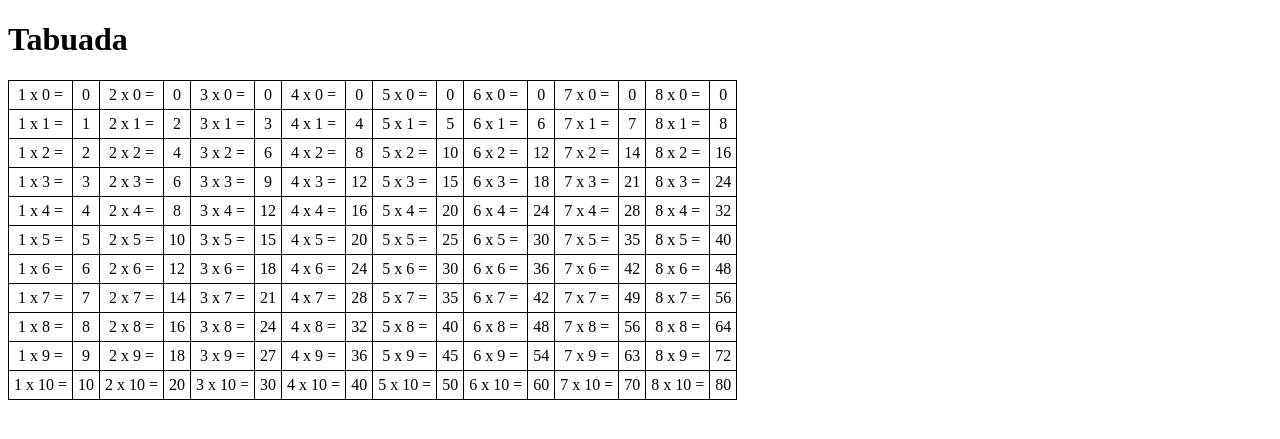
Repository: JulioCesarSF/Java
Page: http://localhost/Exercicio_02-JSPs/tabuada.jsp
The author's editor kept a copy of each file at every save. The page is drawn from the files as they stood at one save, then again after the next save.
The browser window is 1280 px wide. The pictures show the whole page.
The page is served by Tomcat 9. Other server files are loaded and not shown.

Above is the page before, as saved 2016-08-17 18:28:56.

### ProjetosFaculdade/Thiago/Exercicio_02-JSPs/WebContent/tabuada.jsp
<%@page import="org.apache.jasper.tagplugins.jstl.core.Out"%>
<%@ page language="java" contentType="text/html; charset=ISO-8859-1"
	pageEncoding="ISO-8859-1"%>
<!DOCTYPE html PUBLIC "-//W3C//DTD HTML 4.01 Transitional//EN" "http://www.w3.org/TR/html4/loose.dtd">
<html>
<head>
<meta http-equiv="Content-Type" content="text/html; charset=ISO-8859-1">
<title>Tabuada</title>
<link rel="" type="">
<link rel="stylesheet" type="text/css" href="estilo.css">
</head>
<body>
	<div>
		<h1>Tabuada</h1>
	</div>

	<table>
		<!-- 1 -->
		<%
			int n = 1;
			for (int i = 0; i < 11; i++) {
				System.out.println(n + " x " + i + " = " + (n*i));
		%>

		<tr>
			<td><%=n%> x <%=i%> =</td>
			<td><%=n*i%>

			<% n++; %>
			<td><%=n%> x <%=i%> =</td>
			<td><%=n*i%>

			<% n++; %>
			<td><%=n%> x <%=i%> =</td>
			<td><%=n*i%>

			<% n++; %>
			<td><%=n%> x <%=i%> =</td>
			<td><%=n*i%>

			<% n++; %>
			<td><%=n%> x <%=i%> =</td>
			<td><%=n*i%>

			<% n++; %>
			<td><%=n%> x <%=i%> =</td>
			<td><%=n*i%>

			<% n++; %>
			<td><%=n%> x <%=i%> =</td>
			<td><%=n*i%>

			<% n++; %>
			<td><%=n%> x <%=i%> =</td>
			<td><%=n*i%>

		</tr>

		<%
			n = 1;
			}
		%>

	</table>

</body>
</html>

### ProjetosFaculdade/Thiago/Exercicio_02-JSPs/WebContent/estilo.css
table{
	border-collapse: collapse;
}

td{
	border: 1px solid black;
	padding: 5px;
	text-align: center;
}

After the next save:
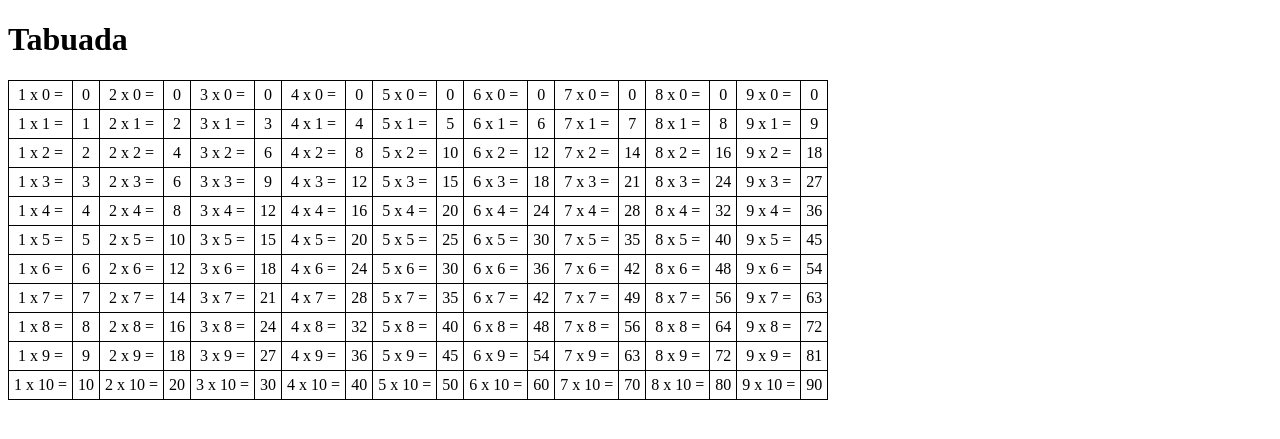
Saved 8 s later.
--- a/ProjetosFaculdade/Thiago/Exercicio_02-JSPs/WebContent/tabuada.jsp
+++ b/ProjetosFaculdade/Thiago/Exercicio_02-JSPs/WebContent/tabuada.jsp
@@ -54,6 +54,10 @@
 			<td><%=n%> x <%=i%> =</td>
 			<td><%=n*i%>
 
+			<% n++; %>
+			<td><%=n%> x <%=i%> =</td>
+			<td><%=n*i%>
+
 		</tr>
 
 		<%
